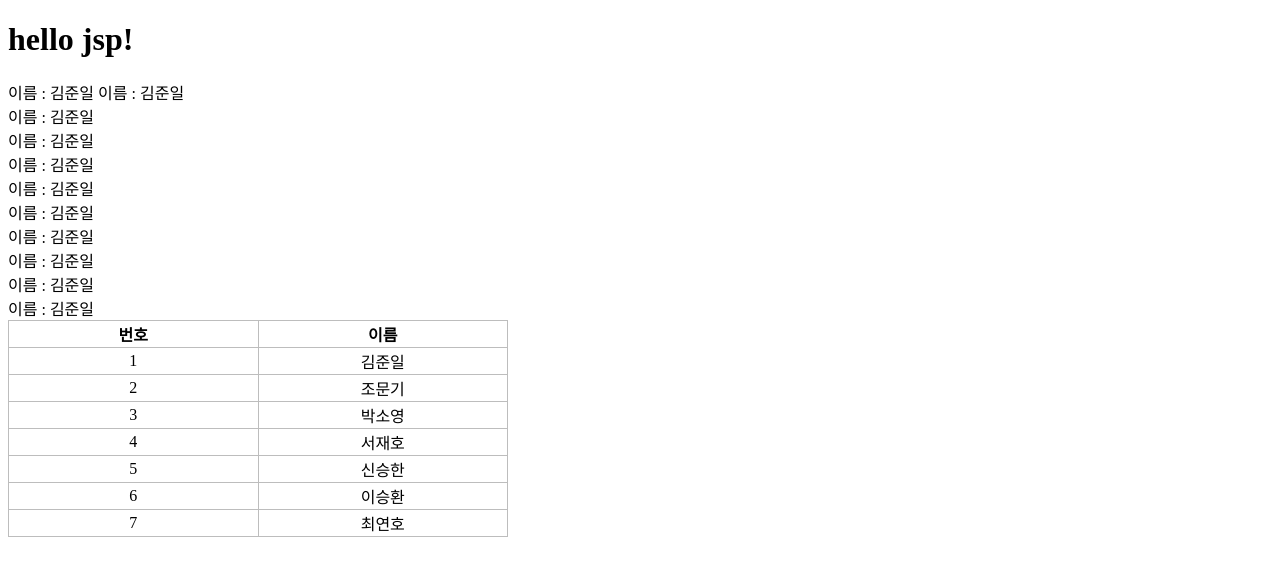
Repository: qorals1121/JavaStudy-20220824-mingyeong
Page: http://localhost/ServletStudy-20220823-mingyeong/Hello.jsp
The author's editor kept a copy of each file at every save. The page is drawn from the files as they stood at one save, then again after the next save.
The browser window is 1280 px wide. The pictures show the whole page.
The page is served by Tomcat 9. Nobody is signed in. The application's start-up code is not run. Other server files are loaded and not shown.

Above is the page before, as saved 2022-08-23 03:04:43.

### ServletStudy-20220823-mingyeong/src/main/webapp/Hello.jsp
<%@page import="java.util.ArrayList"%>
<%@page import="java.util.List"%>
<%@ page language="java" contentType="text/html; charset=UTF-8"
    pageEncoding="UTF-8"%>

<%!
	// 선언식 (메소드도 선언 가능)
	String name = "김준일";
	List<String> nameList = new ArrayList<String>();
%>

<%
	nameList.add("김준일");
	nameList.add("조문기");
	nameList.add("박소영");
	nameList.add("서재호");
	nameList.add("신승한");
	nameList.add("이승환");
	nameList.add("최연호");
%>
<!DOCTYPE html>
<html>
<head>
<meta charset="UTF-8">
<title>Insert title here</title>
<style>
	table, th, td {
	display: center;
	text-align: center;
	border-collapse: collapse;

	border: 1px solid #bdbdbd;

	width: 500px;
	}

	</style>
</head>

<body>
	<h1>hello jsp!</h1>
	<label>이름 : </label><%=name %>
	<%
		for(int i = 0; i < 10; i++) {
	%>
	<label>이름 : </label><%=name %><br>
	<%		// 태그들은 이어지며 중간에 선언을 끼워넣을 수 있다.
		}
	%>

	<table>
		<tr>
			<th>번호</th>
			<th>이름</th>
		</tr>
<%
		for(int i = 0; i < nameList.size(); i++) {
%>
		<tr>
			<td><%=i + 1 %></td>
			<td><%= nameList.get(i) %></td>
		</tr>
<%
		}
%>

	</table>
</body>
</html>

After the next save:
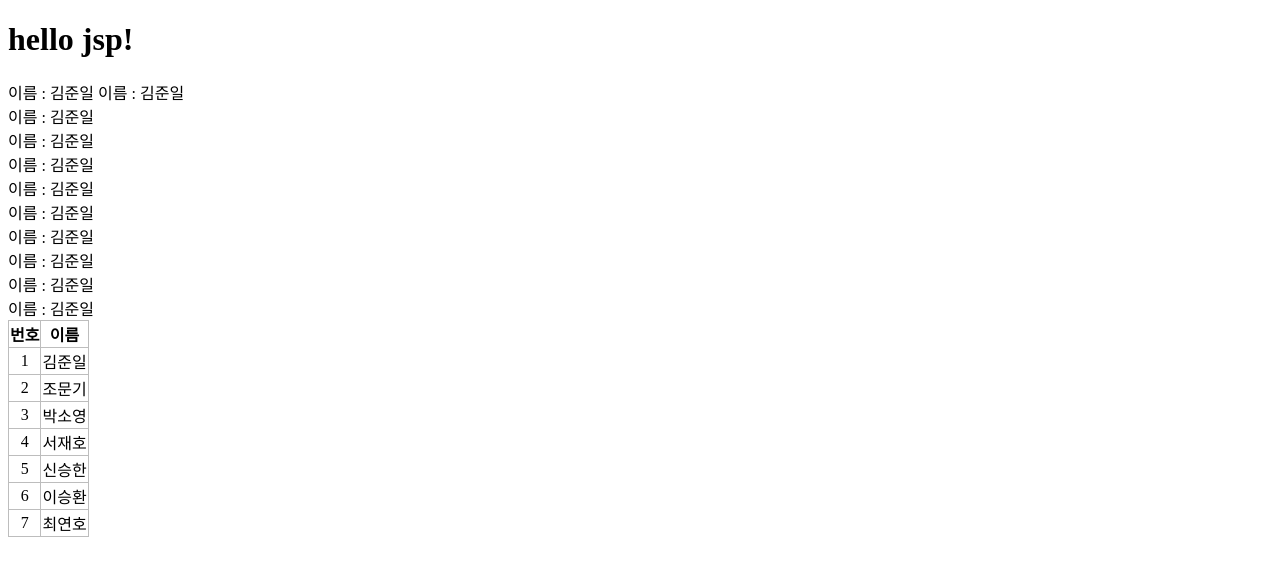
Saved 3 min 14 s later.
--- a/ServletStudy-20220823-mingyeong/src/main/webapp/Hello.jsp
+++ b/ServletStudy-20220823-mingyeong/src/main/webapp/Hello.jsp
@@ -23,15 +23,12 @@
 <head>
 <meta charset="UTF-8">
 <title>Insert title here</title>
-<style>
+<style type="text/css">
 	table, th, td {
-	display: center;
 	text-align: center;
 	border-collapse: collapse;
 
 	border: 1px solid #bdbdbd;
-
-	width: 500px;
 	}
 
 	</style>
